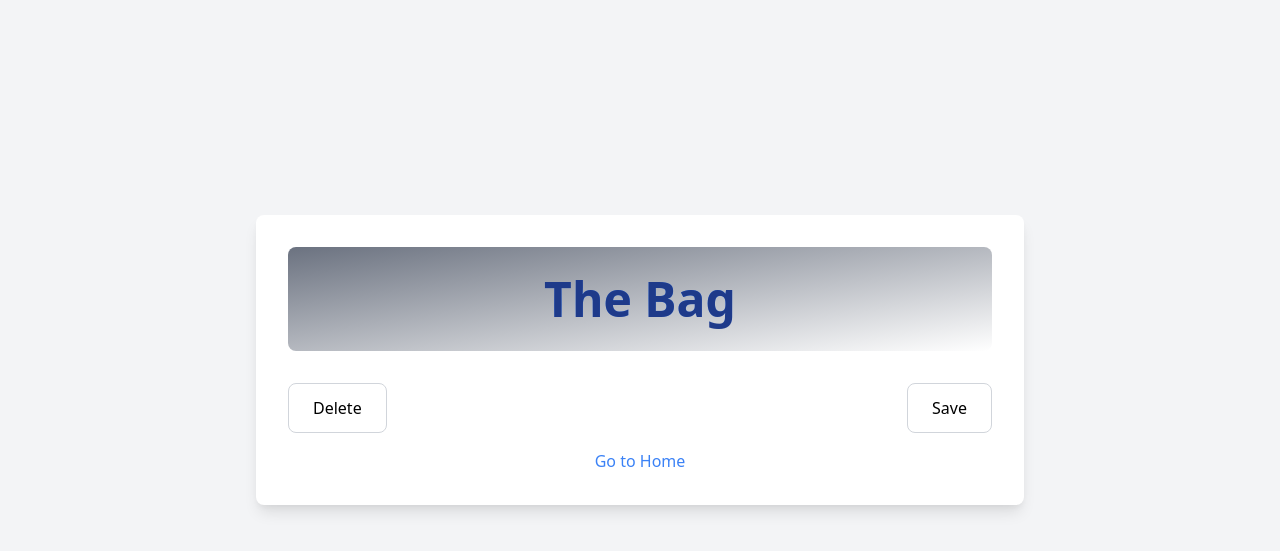
Repository: MercyB19/Russaw_Mercy_Adulting-101_Capstone
Page: secure.html
These files come from the project's save history. The page is drawn as it stood at one moment and after the next save; the edit follows.
The browser window is 1280 px wide. The pictures show the whole page.
Some web fonts or font styles are not loaded; a fallback is used.

Above is the page before, as saved 2024-09-14 22:06:54.

After the next save:
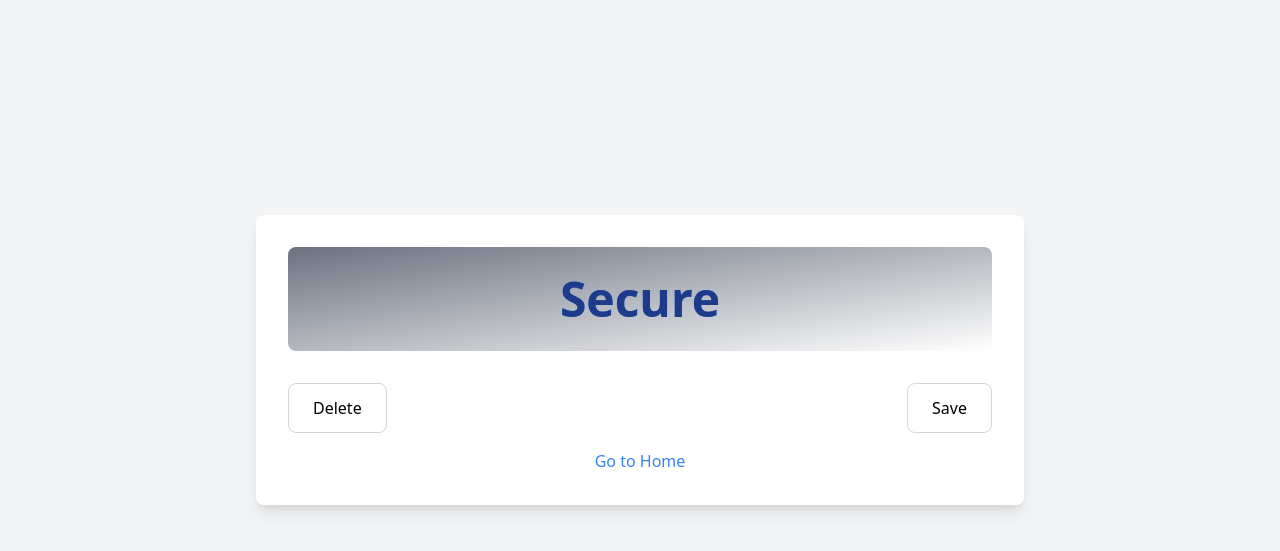
Saved 109 s later.
--- a/secure.html
+++ b/secure.html
@@ -15,10 +15,10 @@
   <div class="w-full max-w-screen-md bg-white rounded-lg shadow-lg p-8">
     <header class="bg-gradient-to-br from-gray-500 p-7 rounded-lg text-center mb-8">
       <div class="text-5xl font-bold text-blue-900 bg-gradient-to-tl from-gray-100 via-blue-500 to-gray-300 bg-clip-text text-transparent">
-        The Bag
+        Secure
       </div>
     </header>
-    <form id="theBagform" class="w-full flex flex-col items-center">
+    <form id="Secureform" class="w-full flex flex-col items-center">
 
       <div class="w-full flex justify-between gap-4">
         <button type="button" id="deleteButton" class="py-3 px-6 bg-white border border-gray-300 rounded-lg hover:bg-gray-100">Delete</button>
